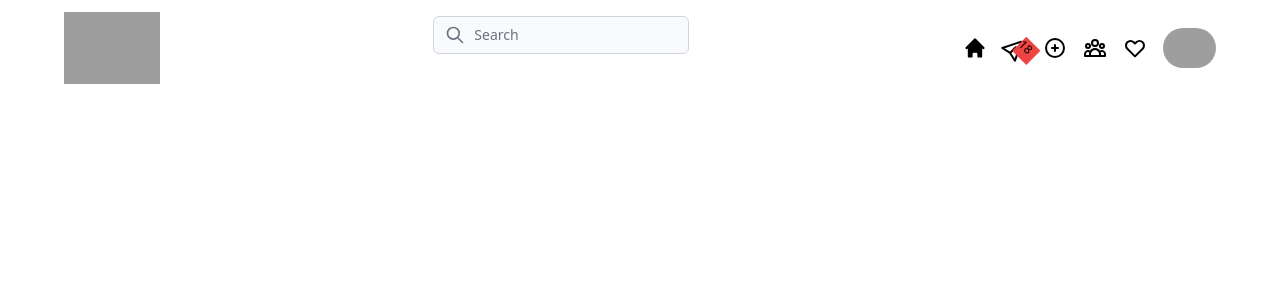
Repository: SehajBindra/insta--clone
Page: /
An editor plug-in stored every save of this project. The page is shown before and after the next save, followed by the edit.
The browser window is 1280 px wide. The pictures show the whole page.
Pictures or frames that could not be fetched are drawn as grey boxes. The project was rebuilt for these pictures with package versions that can differ from the ones it lists, and the page was loaded fresh each time. The framework's server and built-in components were replaced by stand-ins that run in the browser. Also part of the build but not shown: next.config.js.

Above is the page before, as saved 2022-04-11 02:22:24.

### pages/index.js
import Head from 'next/head'
import Image from 'next/image'
import Header from '../components/Header'
import styles from '../styles/Home.module.css'

export default function Home() {
  return (
    <div className={styles.container}>
      <Head>
        <title>Instagram</title>
        <meta name="description" content="Generated by create next app" />
        <link rel="icon" href="https://upload.wikimedia.org/wikipedia/commons/thumb/a/a5/Instagram_icon.png/600px-Instagram_icon.png" />

      </Head>
      <Header />

    </div>
  )
}

### styles/globals.css
@tailwind base;
@tailwind components;
@tailwind utilities;


@layer components {
  .navBtn {
    @apply hidden h-6 md:inline-flex cursor-pointer hover:scale-125 transition-all duration-150 ease-out
  }
}

### components/Header.js
import React from "react";
import Image from "next/image";
import {
    SearchIcon,
    PlusCircleIcon,
    UserGroupIcon,
    HeartIcon,
    PaperAirplaneIcon,
    MenuIcon
} from "@heroicons/react/outline"
import {HomeIcon } from "@heroicons/react/solid";

function Header() {
  return (
    <div>
      <div className="flex justify-between max-w-6xl mx-5 xl:mx-auto ">
        <div className="relative hidden lg:inline-grid w-24 h-24">
          <Image
            src="https://links.papareact.com/ocw"
            layout="fill"
            objectFit="contain"
          />
        </div>

        <div className=" relative w-10  lg:hidden flex-shrink-0 cursor-pointer">
          <Image
            src="https://links.papareact.com/jjm"
            layout="fill"
            objectFit="contain"
          />
        </div>

        {/* Middle Search Input Field */}
        <div className=" max-w-xs">
        <div className=" relative mt-1 p-3 rounded-md ">
            <div className=" absolute inset-y-3  pl-3 flex items-center pointer-events-none ">
             <SearchIcon  className="h-5  w-5 text-gray-500" />
            </div>
            <input className="bg-gray-50 block w-full pl-10 sm:text-sm border-gray-300  focus:ring-black  focus:border-black rounded-md" type="text" placeholder="Search" />

        </div>
        </div>
       {/* Right side */}
       <div className="flex items-center  justify-end space-x-4">
       <HomeIcon className=" navBtn" />
       <MenuIcon className=" h-6 md:hidden cursor-pointer " />
       <div className=" relative navBtn rotate-45">
       <PaperAirplaneIcon className="navBtn" />
       <div className=" absolute -top-1 -right-2  text-xs w-5 h-5 bg-red-500 ">18</div>
       </div>

       <PlusCircleIcon  className="navBtn"/>
       <UserGroupIcon className="navBtn"/>
       <HeartIcon     className="navBtn"  />

       <img className="h-10 rounded-full  cursor-pointer" src="https:links.papareact.com/3ke" alt="profile pic"  />
       </div>
      </div>
    </div>
  );
}

export default Header;

### tailwind.config.js
module.exports = {
  content: ["./pages/**/*.{js,ts,jsx,tsx}",
  "./components/**/*.{js,ts,jsx,tsx}",],
  theme: {
    extend: {},
  },
  plugins: [require("@tailwindcss/forms")],
}

Loaded but not shown: pages/_app.js (common file); styles/Home.module.css (common file)

After the next save:
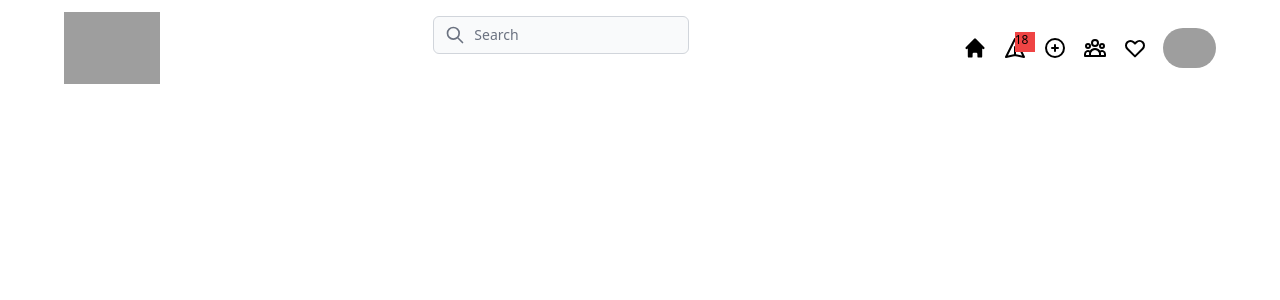
Saved 23 s later.
--- a/components/Header.js
+++ b/components/Header.js
@@ -44,7 +44,7 @@
        <div className="flex items-center  justify-end space-x-4">
        <HomeIcon className=" navBtn" />
        <MenuIcon className=" h-6 md:hidden cursor-pointer " />
-       <div className=" relative navBtn rotate-45">
+       <div className=" relative navBtn ">
        <PaperAirplaneIcon className="navBtn" />
        <div className=" absolute -top-1 -right-2  text-xs w-5 h-5 bg-red-500 ">18</div>
        </div>
